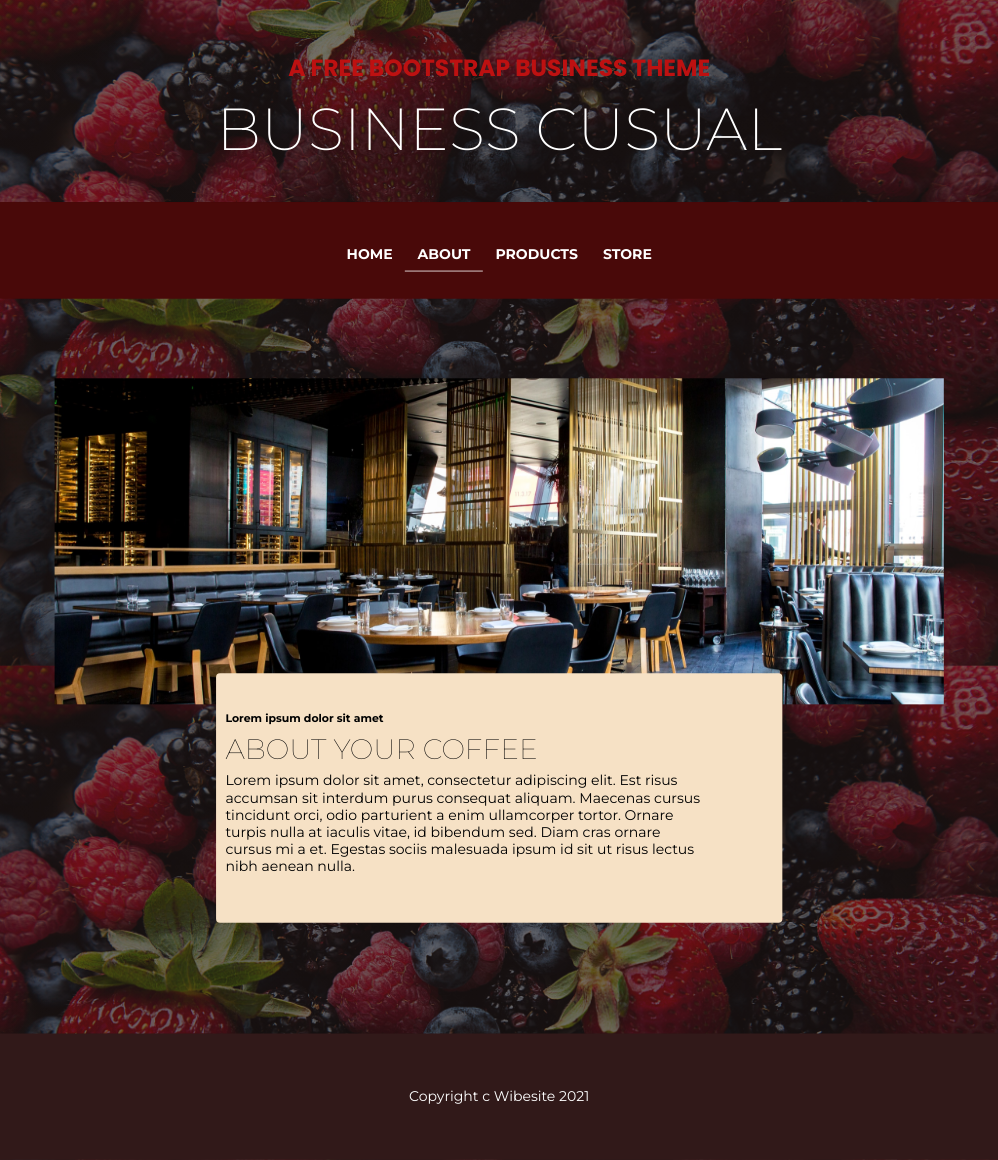
Repository: wadelfadill/tache_7_Business_bootstrap_theme
Page: about.html
The author's editor kept a copy of each file at every save. The page is drawn from the files as they stood at one save, then again after the next save.
The browser window is 1280 px wide. The pictures show the whole page, at 78% of full size.
Backgrounds fixed to the window are drawn as part of the page.

Above is the page before, as saved 2023-04-29 23:03:51.

### about.html
<!DOCTYPE html>
<html lang="en">
<head>
    <meta charset="UTF-8">
    <meta http-equiv="X-UA-Compatible" content="IE=edge">
    <meta name="viewport" content="width=device-width, initial-scale=1.0">
    <!------ title of website ------>
    <title>Business website</title>
    <!------ Bootstrap cdn link ------>
    <link href="https://cdn.jsdelivr.net/npm/bootstrap@5.1.3/dist/css/bootstrap.min.css" rel="stylesheet" integrity="sha384-1BmE4kWBq78iYhFldvKuhfTAU6auU8tT94WrHftjDbrCEXSU1oBoqyl2QvZ6jIW3" crossorigin="anonymous">
    <!------- css link -------------->
    <link rel="stylesheet" href="css/style.css">
    <link rel="stylesheet" href="css/about_style.css">
    <!---------Google Fonts links ---------->
    <link rel="preconnect" href="https://fonts.googleapis.com">
    <link rel="preconnect" href="https://fonts.gstatic.com" crossorigin>
    <link href="https://fonts.googleapis.com/css2?family=Montserrat:wght@100;200;400;700&family=Poppins:wght@700&display=swap" rel="stylesheet">

</head>
<body>
    <!-- ========== Start Header Section ========== -->
    <header id="header">
        <h2 class="first_title text-center">A FREE BOOTSTRAP BUSINESS THEME</h2>
        <h1 class="second_title text-center">BUSINESS CUSUAL</h1>
        <!-- ========== Start navbar  Section ========== -->
        <nav class="my-auto mt-5">
            <div class="container my-auto">
                <ul class="nav justify-content-center">
                    <li class="nav-item">
                      <a class="nav-link" aria-current="page" href="index.html">HOME</a>
                    </li>
                    <li class="nav-item">
                      <a class="nav-link active" href="about.html">ABOUT</a>
                    </li>
                    <li class="nav-item">
                      <a class="nav-link" href="product.html">PRODUCTS</a>
                    </li>
                    <li class="nav-item">
                      <a class="nav-link" href="store.html">STORE</a>
                    </li>
                </ul>
            </div>
        </nav>
        <!-- ========== End navbar  Section ========== -->
    </header>
    <!-- ========== End Header Section ========== -->
    <!-- ========== Start Main Section ========== -->
    <main>
      <section id="section">
        <div class="container">
          <div class="row d-flex flex-column justify-content-center align-items-center">
            <div class="col-12 photo">

            </div>
            <div class="col-12 box">
              <h2 class="text-start">Lorem ipsum dolor sit amet</h2>
              <h3 class="text-start">ABOUT YOUR COFFEE</h3>
              <p>
                Lorem ipsum dolor sit amet, consectetur adipiscing elit.
                Est risus <br> accumsan sit interdum purus consequat aliquam.
                Maecenas cursus<br> tincidunt orci, odio parturient a enim ullamcorper tortor.
                Ornare <br>turpis nulla at iaculis vitae, id bibendum sed. Diam cras ornare<br>  cursus mi a et.
                Egestas sociis malesuada ipsum id sit ut risus lectus <br> nibh aenean nulla.
              </p>
            </div>
          </div>
        </div>
      </section>
    </main>
    <!-- ========== End Main Section ========== -->
    <footer id="footer">
        <p class="text-center">Copyright c Wibesite 2021</p>
    </footer>



    <!------ Bootstrap script -------->
    <script src="https://cdn.jsdelivr.net/npm/bootstrap@5.1.3/dist/js/bootstrap.bundle.min.js" integrity="sha384-ka7Sk0Gln4gmtz2MlQnikT1wXgYsOg+OMhuP+IlRH9sENBO0LRn5q+8nbTov4+1p" crossorigin="anonymous"></script>
</body>
</html>

### css/style.css
/* ===== General ====== */

:root{
    --red-color: #BD1111;
    --bg-red:#490909;
    --white-color: #FFFFFF;
    --black-color: #000000;
    --bg-beize:#F6E1C5;
    --bg-red-black: #311919;
    --bg-red-opac:rgba(165, 52, 43, 0.69);
    --red-border: #CD5449;
}
*{
    margin: 0;
    padding: 0;
}
body{
    padding: 0;
    margin: 0;
    background-image: linear-gradient(rgba(34, 24, 24, 0.6), rgba(34, 24, 24, 0.6)), url("../images/1.jpeg");
    background-position: center;
    background-size: cover;
    background-repeat: no-repeat;
    background-attachment: fixed;
}
/* ===== squelette ====== */
/* ===== header section ====== */
/* ===== header titles ======= */
#header .first_title{
    font-family: 'Poppins';
    font-style: normal;
    font-weight: 700;
    font-size: 30px;
    line-height: 45px;
    color: var(--red-color);
    margin-top: 65px;
}
#header .second_title{
    font-family: 'Montserrat';
    font-style: normal;
    font-weight: 200;
    font-size: 76px;
    line-height: 93px;
    color: var(--white-color);
}
/* ====== header navbar ======*/
#header nav{
    background: var(--bg-red);
    height: 124px;
}
#header nav ul li{
    margin-top: 48px;
}
#header nav a{
    font-family: 'Montserrat';
    font-style: normal;
    font-weight: 700;
    font-size: 18px;
    line-height: 22px;
    color: var(--white-color);
}
#header nav a.active{
    padding-bottom: 10px;
    border-bottom: 1px solid white;
}
/* ==== Main section ==========*/
/* main{
    height: 1000px;
} */
/* ====== footer section ====== */
#footer{
    height: 162px;
    background: var(--bg-red-black);
    padding-top: 70px;
}
#footer p{
    font-family: 'Montserrat';
    font-style: normal;
    font-weight: 400;
    font-size: 18px;
    line-height: 22px;
    color: var(--white-color);
}


/* ===== responsive css ======*/
@media screen and (max-width:550px) {
    #header .second_title{
        font-size: 30px;
    }
    #header nav{
        height: max-content;
        padding-bottom: 40px;
    }
}

### css/about_style.css
/* ===== General ====== */

:root{
    --red-color: #BD1111;
    --bg-red:#490909;
    --white-color: #FFFFFF;
    --black-color: #000000;
    --bg-beize:#F6E1C5;
    --bg-red-black: #311919;
    --bg-red-opac:rgba(165, 52, 43, 0.69);
    --red-border: #CD5449;
}

/* ===== section =======*/
#section{
    margin-top: 102px;
    margin-bottom: 102px;
}
#section .photo{
    /* margin-left: 5px;
    margin-right: 5px; */
    align-self: center;
    max-width: 1168px;
    height: 418px;
    background: url("../images/img-tous.png");
}
#section .box{
    width: 726px;
    height: 320px;
    background: var(--bg-beize);
    padding-top: 50px;
    padding-bottom: 50px;
    border-radius: 5px;
    position: relative;
    top: -40px;
}
#section .box h2{
    font-family: 'Montserrat';
    font-style: normal;
    font-weight: 700;
    font-size: 14px;
    line-height: 17px;
    color: #000000;
}
#section .box h3{
    font-family: 'Montserrat';
    font-style: normal;
    font-weight: 100;
    font-size: 36px;
    line-height: 44px;
    color: #000000;
}
#section .box p{
    font-family: 'Montserrat';
    font-style: normal;
    font-weight: 400;
    font-size: 18px;
    line-height: 22px;
    color: #000000;
}
@media screen and (max-width:768px) {
    #section .box{
        width: auto;
        height: max-content;
    }

}

After the next save:
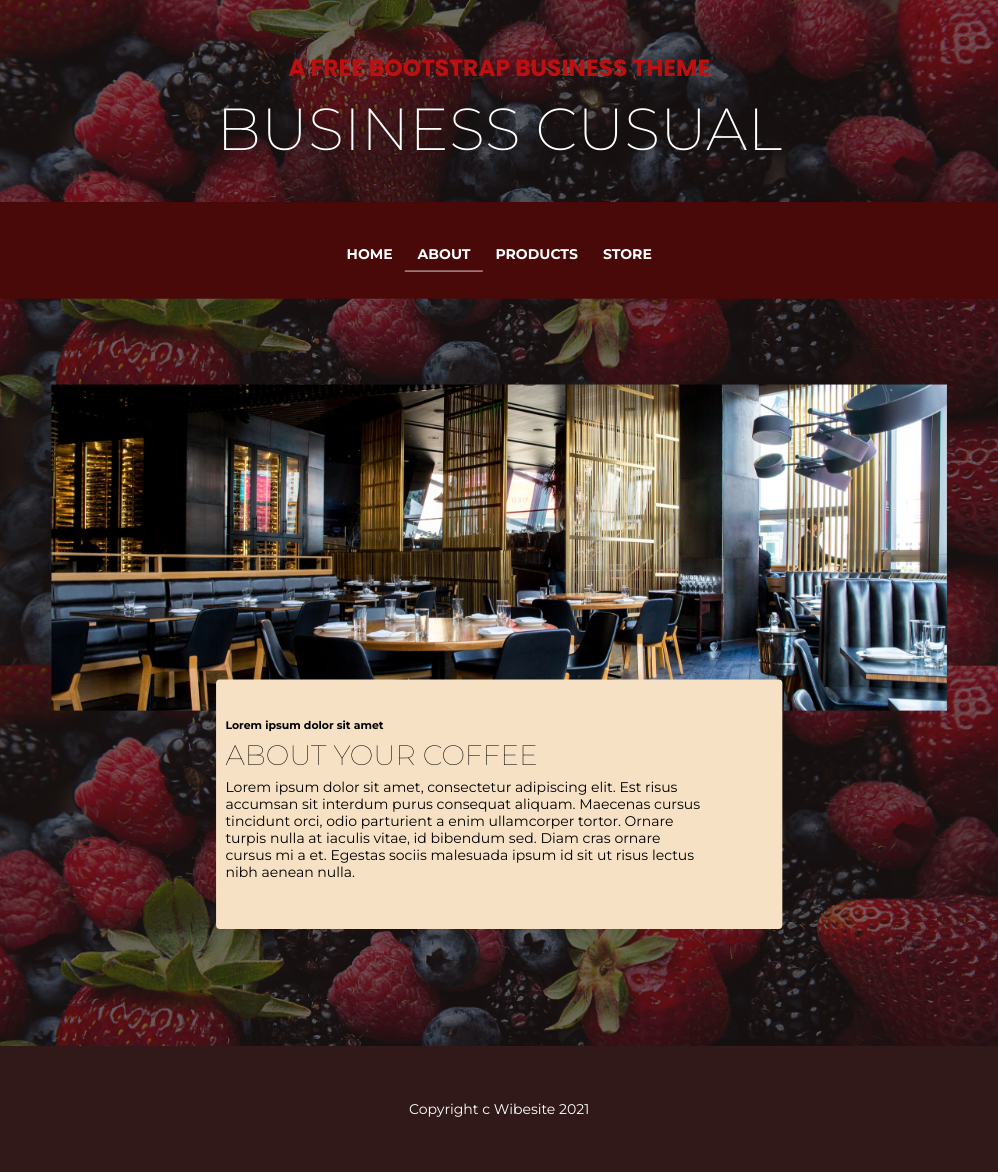
Saved 33 s later.
--- a/about.html
+++ b/about.html
@@ -47,7 +47,7 @@
     <!-- ========== Start Main Section ========== -->
     <main>
       <section id="section">
-        <div class="container">
+        <div class="container p-2">
           <div class="row d-flex flex-column justify-content-center align-items-center">
             <div class="col-12 photo">
 

After the save that followed:
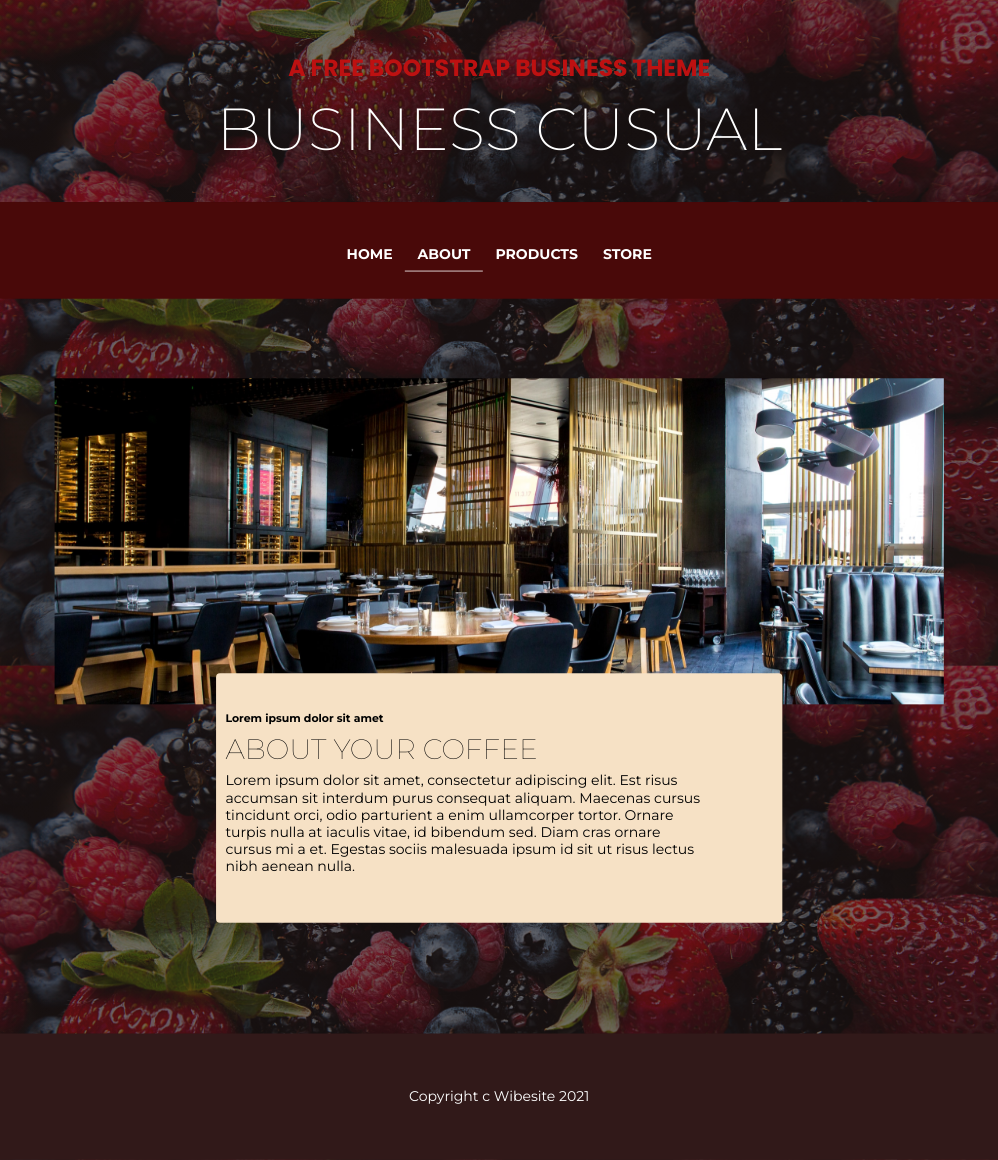
Saved 14 s later.
--- a/about.html
+++ b/about.html
@@ -47,7 +47,7 @@
     <!-- ========== Start Main Section ========== -->
     <main>
       <section id="section">
-        <div class="container p-2">
+        <div class="container">
           <div class="row d-flex flex-column justify-content-center align-items-center">
             <div class="col-12 photo">
 
